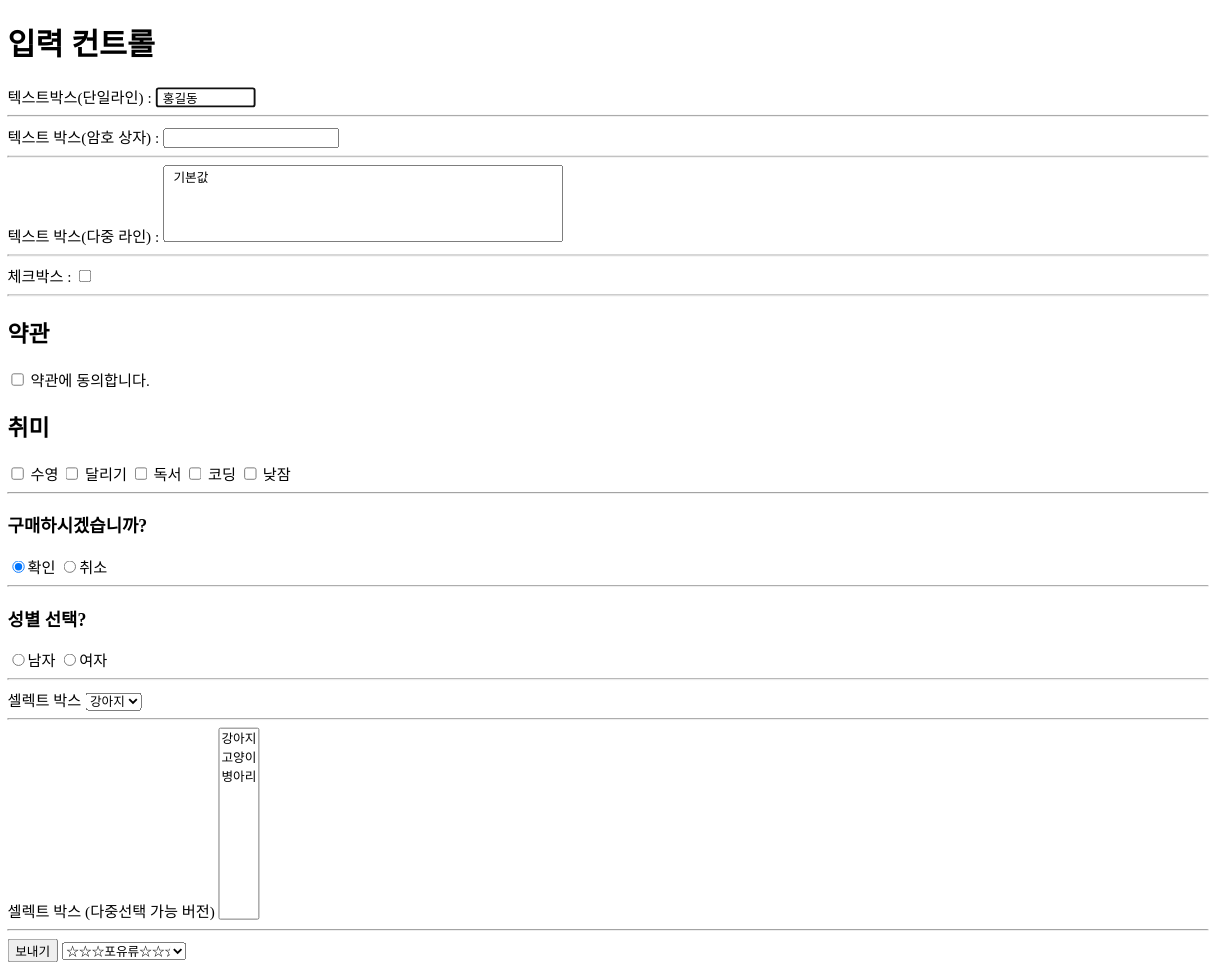
Repository: Hswwwww/WEB
Page: ClientTest/src/main/webapp/html/ex19_form.html
These files come from the project's save history. The page is drawn as it stood at one moment and after the next save; the edit follows.
The browser window is 1280 px wide. The pictures show the whole page, at 95% of full size.

Above is the page before, as saved 2024-03-14 02:00:17.

### ClientTest/src/main/webapp/html/ex19_form.html
<!DOCTYPE html>
<html>
<head>
<meta charset="UTF-8">
<title>Insert title here</title>
</head>
<body>
	<!--

		<form> 자식 태그
		- 입력 양식

		<input> 태그
		- 단독 태그
		- 인라인 태그
		- input.type : 입력 컨트롤의 종류
		- input.name : 서버로 전송할때 사용하는 식별자
		- input.id : 식별자. CSS, JavaScript에서 주로 사용
		- input.class : 식별자. CSS, JavaScript에서 주로 사용
		- input.size : 컨트롤의 너비 (입력받는 문자 수)
		- input.maxlength : 최대 입력 문자수 + 유효성 검사
		- input.value : 컨트롤의 입력값
		- input.readonly : 읽기 전용. 플래그형 + 입력 (x) + 서버 전송(o)
		- input.disabled : 비활성화. 플래그형 + 입력 (x) + 서버 전송 (x)
		- input.accesskey : 바로가기(니모닉) Alt + 키
		- input.autofocus : 자동 포커스
		- input.title: 풍선 도움말





	 -->

	<h1>입력 컨트롤</h1>

	<form action = "ex18.jsp">

		텍스트박스(단일라인) : <input type = "text" name = "data" id = "txt1" class = "txt"
					size = "10" maxlength = "5" value = " 홍길동" accesskey = "s" autofocus
					title = "이름을 입력하세요." >

		<hr>


		<!--

			암호 상자, Password Box, Masked TextBox
			- 모든 속성이 텍스트 박스와 동일
			- value 속성 사용 금지!!

		 -->

		 텍스트 박스(암호 상자) : <input type = "password">


		 <!--

		 	다중 라인 텍스트 박스
		 	- <textarea></textarea>
		 	- 쌍태그
		 	- 인라인 태그
		 	- 대부분의 속성은 텍스트와 동일
		 	- maxlength속성이 없다.
		 	- value 속성이 없다. > PCDATA로 적음 됨
		 	- 컨트롤러와 문서에서의 탭 성질이 다르게 적용됨 > 텍스트박스는 컨트롤러로 탭 하나하나 다 인식함

		  -->
		 <hr>
		 텍스트 박스(다중 라인) :
		 <textarea style = "resize:none;" cols="50" rows="5"> 기본값</textarea>




		<hr>
		<!--

			체크박스
			- 논리값 입력


		 -->


		체크박스 : <input type = "checkbox" >

		<hr>

		<h2>약관</h2>

		<!-- <input type = "checkbox" id = "cb1"><label for = "cb1">약관에 동의합니다. </label> -->
		<!-- 글자s를 눌러도 체크가 됨  -->

		<label><input type = "checkbox"> 약관에 동의합니다. </label>

		<h2> 취미</h2>
		<input type = "checkbox"> 수영
		<input type = "checkbox"> 달리기
		<input type = "checkbox"> 독서
		<input type = "checkbox"> 코딩
		<input type = "checkbox"> 낮잠

		<hr>

		<!--

			라디오 버튼
			- 단일값

		 -->

		<h3>구매하시겠습니까?</h3>
		<input type = "radio" name = "rb1" checked>확인
		<input type = "radio" name = "rb1">취소

		<hr>

		<h3>성별 선택?</h3>
		<input type = "radio" name = "rb2">남자
		<input type = "radio" name = "rb2">여자



		<hr>

		<!--

			셀렉트 박스
			- 콤보 박스, 드랍 다운 리스트 등...
			- 단일 선택, 다중 선택

		 -->


		셀렉트 박스
		<select>
			<option>강아지</option>
			<option>고양이</option>
			<option>병아리</option>
		</select>

		<hr>

		셀렉트 박스 (다중선택 가능 버전)
		<select size = "10" multiple>
			<option>강아지</option>
			<option>고양이</option>
			<option>병아리</option>
		</select>

		<hr>
		<input type = "submit" value = "보내기">


		<select>
			<option>☆☆☆포유류☆☆☆</option>
			<option>강아지</option>
			<option>고양이</option>
			<option>돼지</option>

			<option>☆☆☆파충류☆☆☆</option>
			<option>뱀</option>
			<option>거북이</option>
			<option>이구아나</option>

			<option>☆☆☆곤충☆☆☆</option>
			<option>매미</option>
			<option>메뚜기</option>
			<option>귀뚜라미</option>
		</select>

	</form>

</body>

</html>

After the next save:
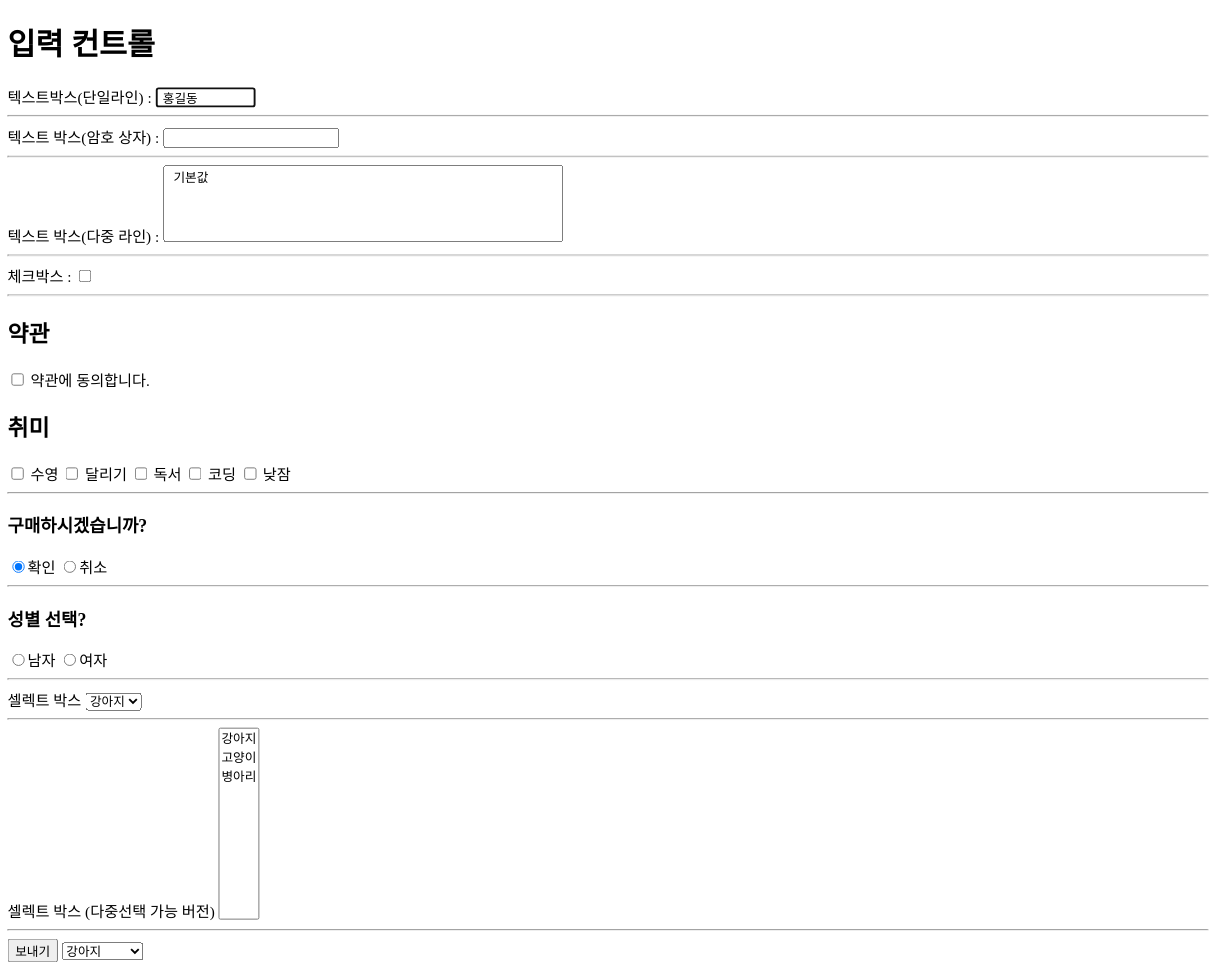
Saved 4 min 27 s later.
--- a/ClientTest/src/main/webapp/html/ex19_form.html
+++ b/ClientTest/src/main/webapp/html/ex19_form.html
@@ -154,20 +154,24 @@
 
 
 		<select>
-			<option>☆☆☆포유류☆☆☆</option>
+
+			<optgroup label = "포유류">
 			<option>강아지</option>
 			<option>고양이</option>
 			<option>돼지</option>
+			</optgroup>
 
-			<option>☆☆☆파충류☆☆☆</option>
+			<optgroup label = "파충류">
 			<option>뱀</option>
 			<option>거북이</option>
 			<option>이구아나</option>
+			</optgroup>
 
-			<option>☆☆☆곤충☆☆☆</option>
+			<optgroup label = "곤충">
 			<option>매미</option>
 			<option>메뚜기</option>
 			<option>귀뚜라미</option>
+			</optgroup>
 		</select>
 
 	</form>
